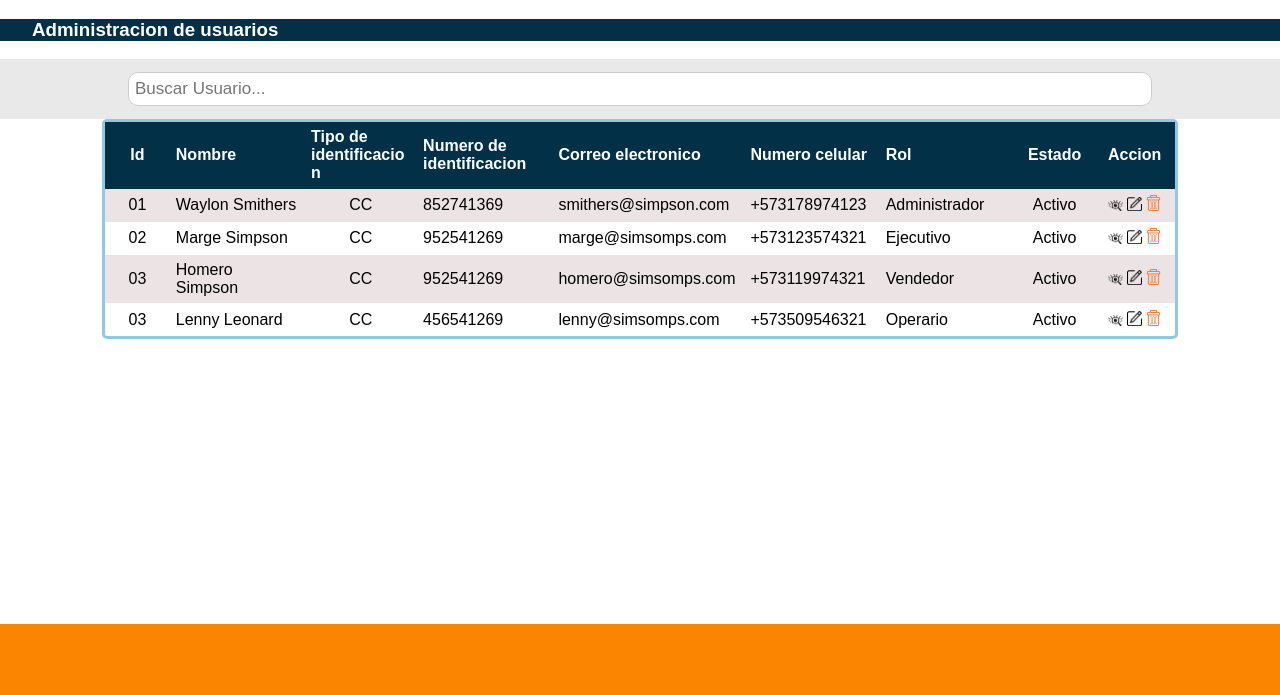
Repository: AlexanderBarona/Proyecto_Ciclo3_Mintic
Page: PaginaWeb/pages/admin_user.html
These files come from the project's save history. The page is drawn as it stood at one moment and after the next save; the edit follows.
The browser window is 1280 px wide. The pictures show the whole page.

Above is the page before, as saved 2021-09-30 14:55:00.

After the next save:
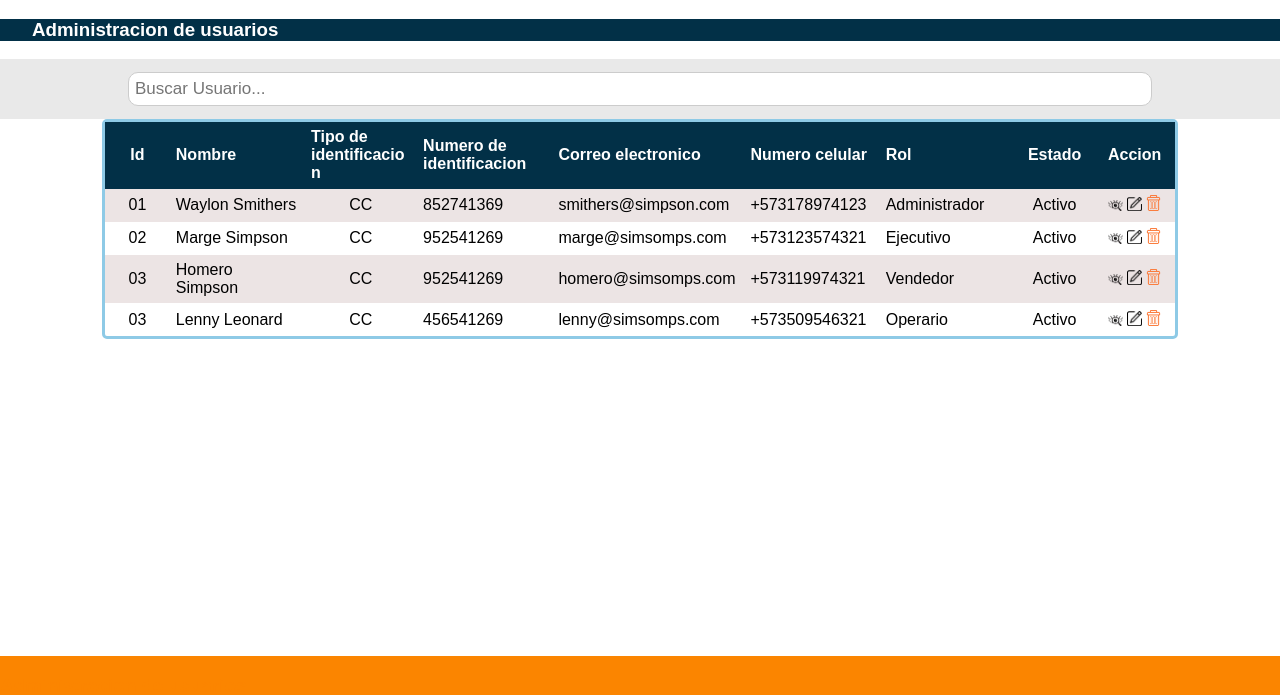
Saved 14 s later.
--- a/PaginaWeb/css/style.css
+++ b/PaginaWeb/css/style.css
@@ -19,6 +19,6 @@ footer{
   position:fixed;
   left:0px;
   bottom:0px;
-  height:6em;
+  height:4em;
   width:100%;
 }
